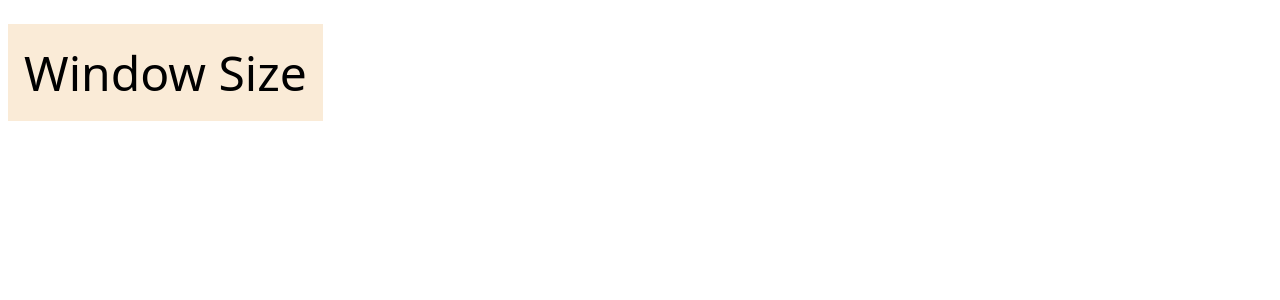
Repository: sephinejo/frontend-browser-101
Page: browser/window_size.html
An editor plug-in stored every save of this project. The page is shown before and after the next save, followed by the edit.
The browser window is 1280 px wide. The pictures show the whole page.

Above is the page before, as saved 2023-05-10 12:15:39.

### browser/window_size.html
<!DOCTYPE html>
<html lang="en">
  <head>
    <meta charset="UTF-8" />
    <meta http-equiv="X-UA-Compatible" content="IE=edge" />
    <meta name="viewport" content="width=device-width, initial-scale=1.0" />
    <title>Window Sizes</title>
    <style>
      .tag {
        display: inline-block;
        background-color: antiquewhite;
        padding: 16px;
        margin-top: 16px;
        font-size: 48px;
        font-family: system-ui, -apple-system, BlinkMacSystemFont, 'Segoe UI',
          Roboto, Oxygen, Ubuntu, Cantarell, 'Open Sans', 'Helvetica Neue',
          sans-serif;
      }
    </style>
  </head>
  <body>
    <div class="tag">Window Size</div>
    <script>
      window.addEventListener('resize', () => {
        console.log(``);
      });
    </script>
  </body>
</html>

After the next save:
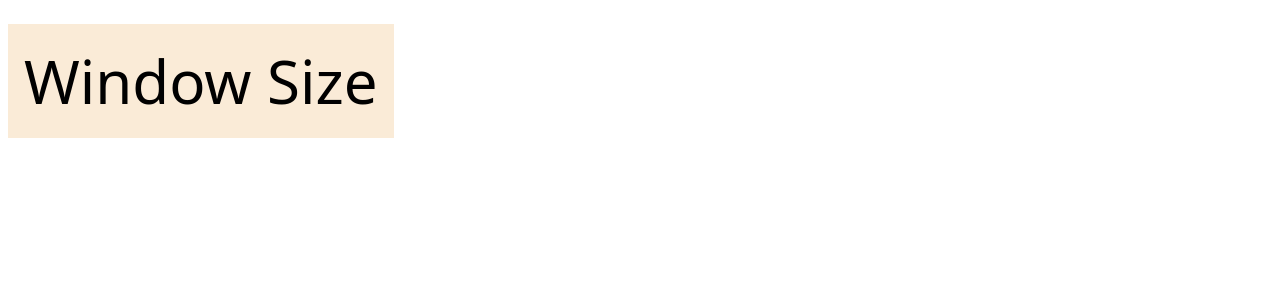
Saved 8 s later.
--- a/browser/window_size.html
+++ b/browser/window_size.html
@@ -11,7 +11,7 @@
         background-color: antiquewhite;
         padding: 16px;
         margin-top: 16px;
-        font-size: 48px;
+        font-size: 60px;
         font-family: system-ui, -apple-system, BlinkMacSystemFont, 'Segoe UI',
           Roboto, Oxygen, Ubuntu, Cantarell, 'Open Sans', 'Helvetica Neue',
           sans-serif;
